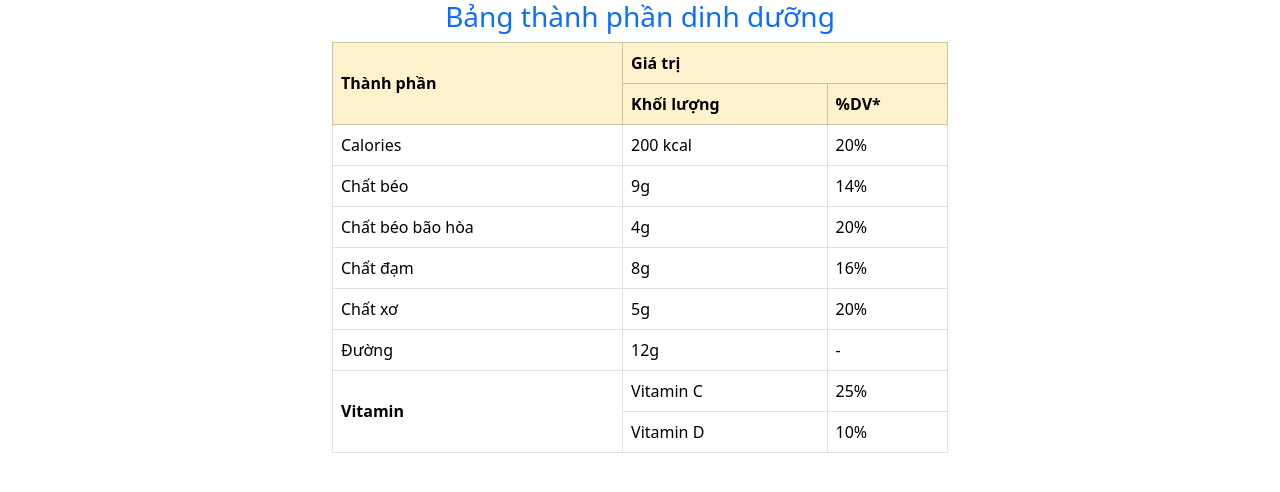
Repository: KizukoHeiwa/SOF308
Page: Lab2/bai1.html
The author's editor kept a copy of each file at every save. The page is drawn from the files as they stood at one save, then again after a run of saves.
The browser window is 1280 px wide. The pictures show the whole page.

Above is the page before, as saved 2024-11-07 10:12:30.

After the next 2 saves:
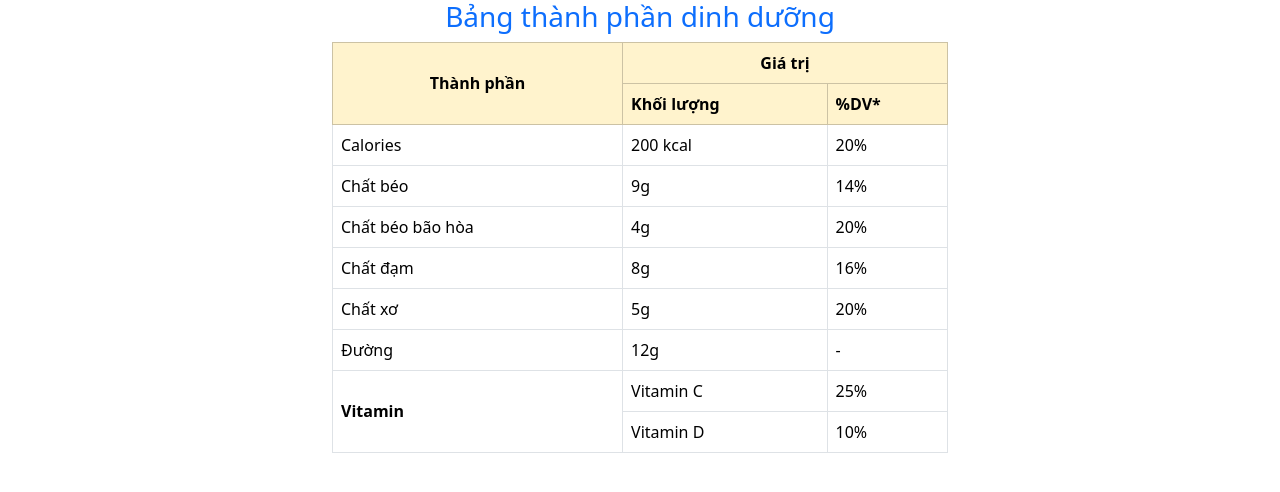
The 2 saves are shown as one change because they came seconds apart.
The last was saved 8 s later.
--- a/Lab2/bai1.html
+++ b/Lab2/bai1.html
@@ -12,7 +12,7 @@
         <h3 class="text-center text-primary">Bảng thành phần dinh dưỡng</h3>
         <table class="table table-bordered align-middle">
             <thead class="table-warning align-middle">
-                <tr>
+                <tr class="text-center">
                     <th rowspan="2">Thành phần</th>
                     <th colspan="2">Giá trị</th>
                 </tr>
